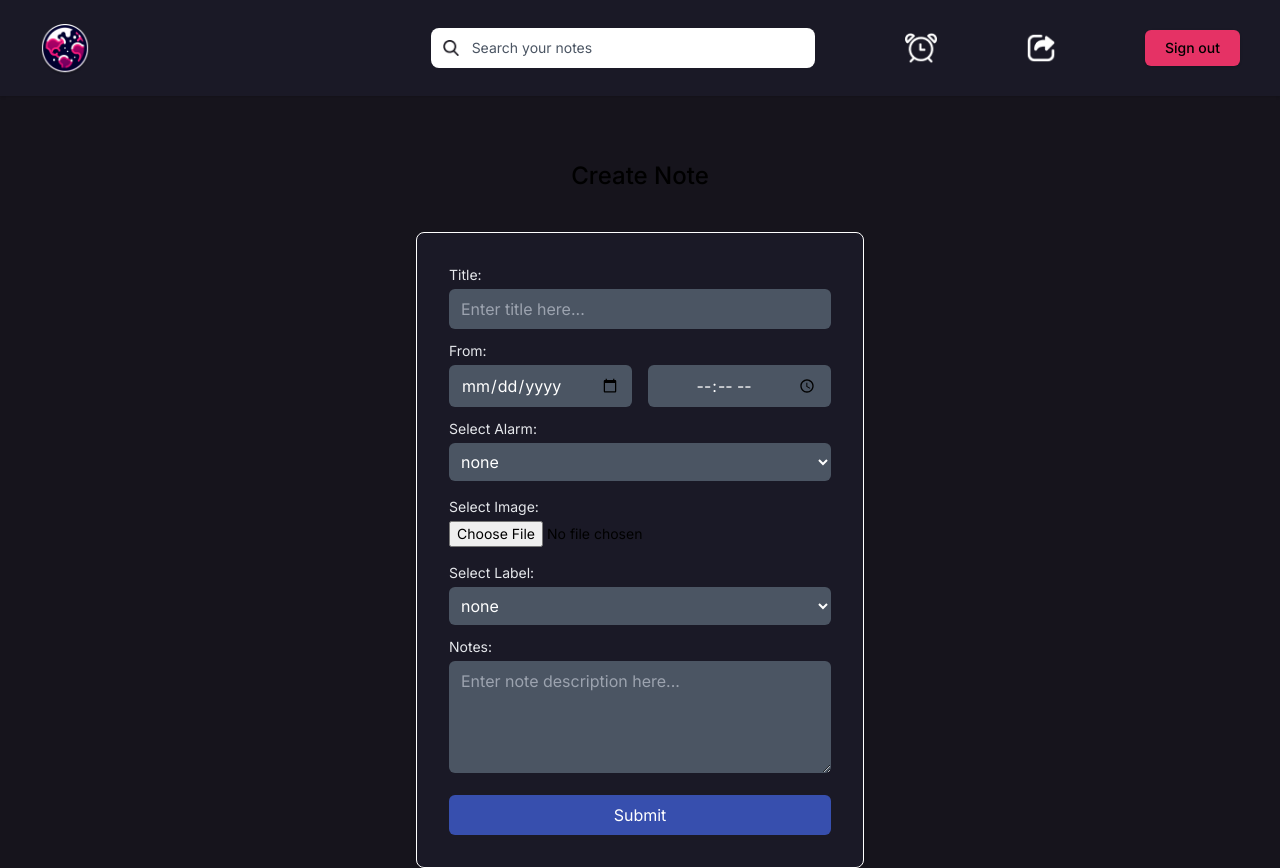
Repository: plan-it-earth/plan-it-earth
Page: /pages/calendar/createnote
The author's editor kept a copy of each file at every save. The page is drawn from the files as they stood at one save, then again after the next save.
The browser window is 1280 px wide. The pictures show the whole page.
The project was rebuilt for these pictures with package versions that can differ from the ones it lists, and the page was loaded fresh each time. The framework's server and built-in components were replaced by stand-ins that run in the browser. Also part of the build but not shown: next.config.mjs.

Above is the page before, as saved 2024-04-18 19:58:11.

After the next save:
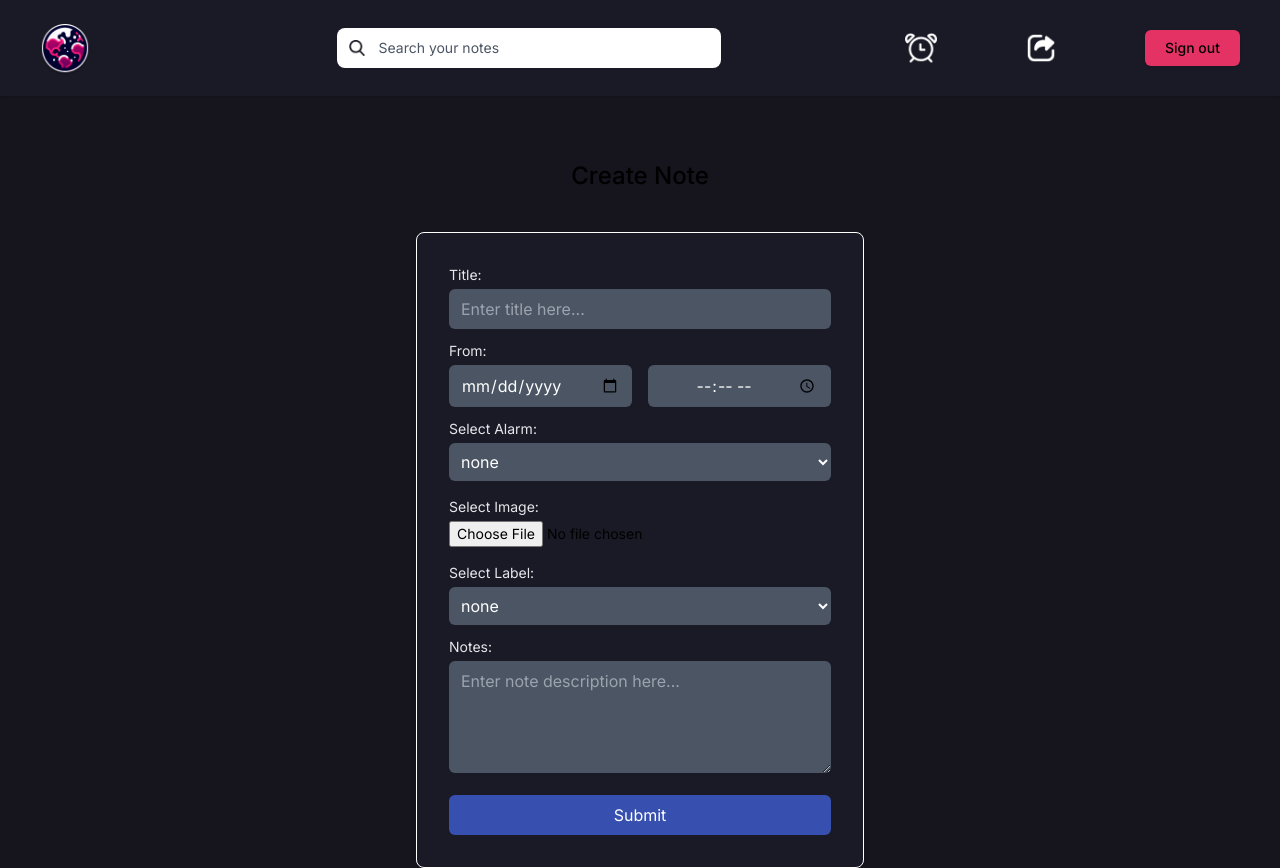
Saved 5 min 19 s later.
--- a/app/Components/Header.tsx
+++ b/app/Components/Header.tsx
@@ -42,7 +42,7 @@ export default function Header() {
     return (
         <div className="flex h-24 w-full px-2 py-5 bg-[#1A1926] shadow justify-between md:px-10">
             <Image onClick={routeToCalendar} src={logo} alt="Plan-It-Earth" height={50} width={50} className="h-30 w-30 mt-1 cursor-pointer hover:opacity-85 md:h-35 md:h-35"/>
-            <div className="hidden w-24 lg:block"></div>
+            {/*<div className="hidden w-24 lg:block"></div>*/}
             <Search />
             <div className="flex flex-row h-full items-center space-x-2 md:gap-20">
                 <Image onClick={routeToAlarm} src={alarm} alt="Alarm" height={35} width={35} className="h-8 w-8 cursor-pointer hover:opacity-85"/>
